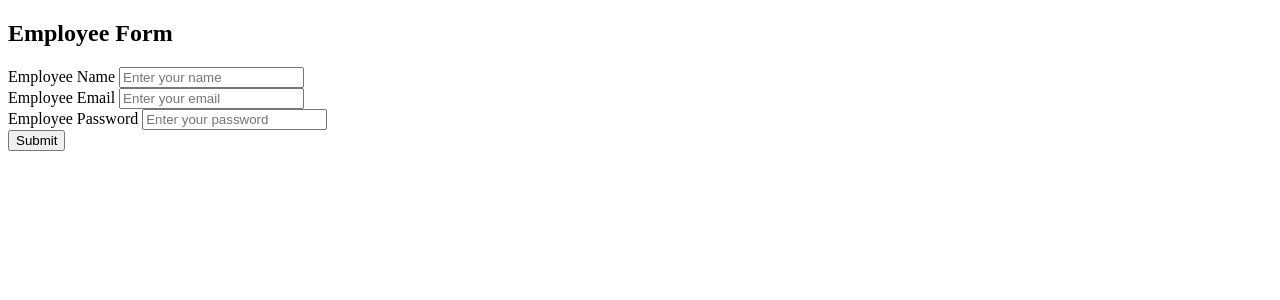
Repository: mrhpn/JavaEE--JSP-SERVLET
Page: JSP_JSTL/WebContent/employee-form.html
An editor plug-in stored every save of this project. The page is shown before and after the next save, followed by the edit.
The browser window is 1280 px wide. The pictures show the whole page.

Above is the page before, as saved 2021-04-01 07:12:12.

### JSP_JSTL/WebContent/employee-form.html
<!DOCTYPE html>
<html>
<head>
<meta charset="ISO-8859-1">
<title>Insert title here</title>
</head>
<body>
	<h2>Employee Form</h2>

	<form action="read-employee-form.jsp" method="GET">
		<label>Employee Name</label>
		<input type="text" name="employeeName" placeholder="Enter your name" required="required" />
		<br>

		<label>Employee Email</label>
		<input type="email" name="employeeEmail" placeholder="Enter your email" required="required" />
		<br>

		<label>Employee Password</label>
		<input type="password" name="employeePassword" placeholder="Enter your password" required="required" />
		<br>

		<input type="submit" value="Submit" />
	</form>

</body>
</html>

After the next save:
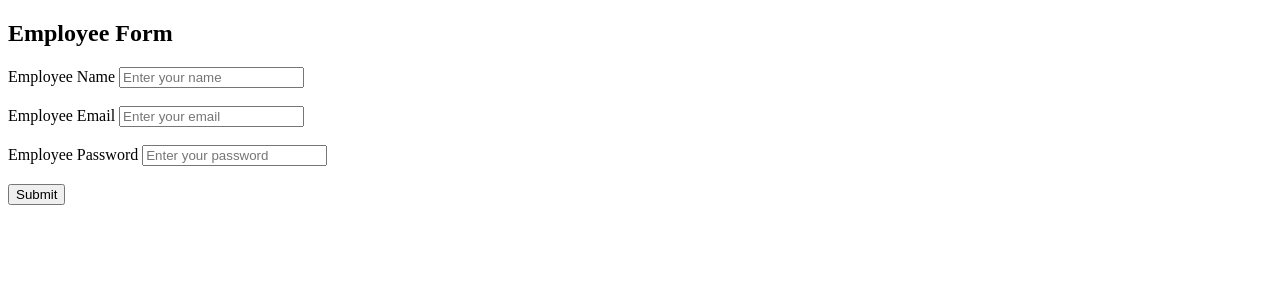
Saved 24 s later.
--- a/JSP_JSTL/WebContent/employee-form.html
+++ b/JSP_JSTL/WebContent/employee-form.html
@@ -10,15 +10,15 @@
 	<form action="read-employee-form.jsp" method="GET">
 		<label>Employee Name</label>
 		<input type="text" name="employeeName" placeholder="Enter your name" required="required" />
-		<br>
+		<br><br>
 
 		<label>Employee Email</label>
 		<input type="email" name="employeeEmail" placeholder="Enter your email" required="required" />
-		<br>
+		<br><br>
 
 		<label>Employee Password</label>
 		<input type="password" name="employeePassword" placeholder="Enter your password" required="required" />
-		<br>
+		<br><br>
 
 		<input type="submit" value="Submit" />
 	</form>
